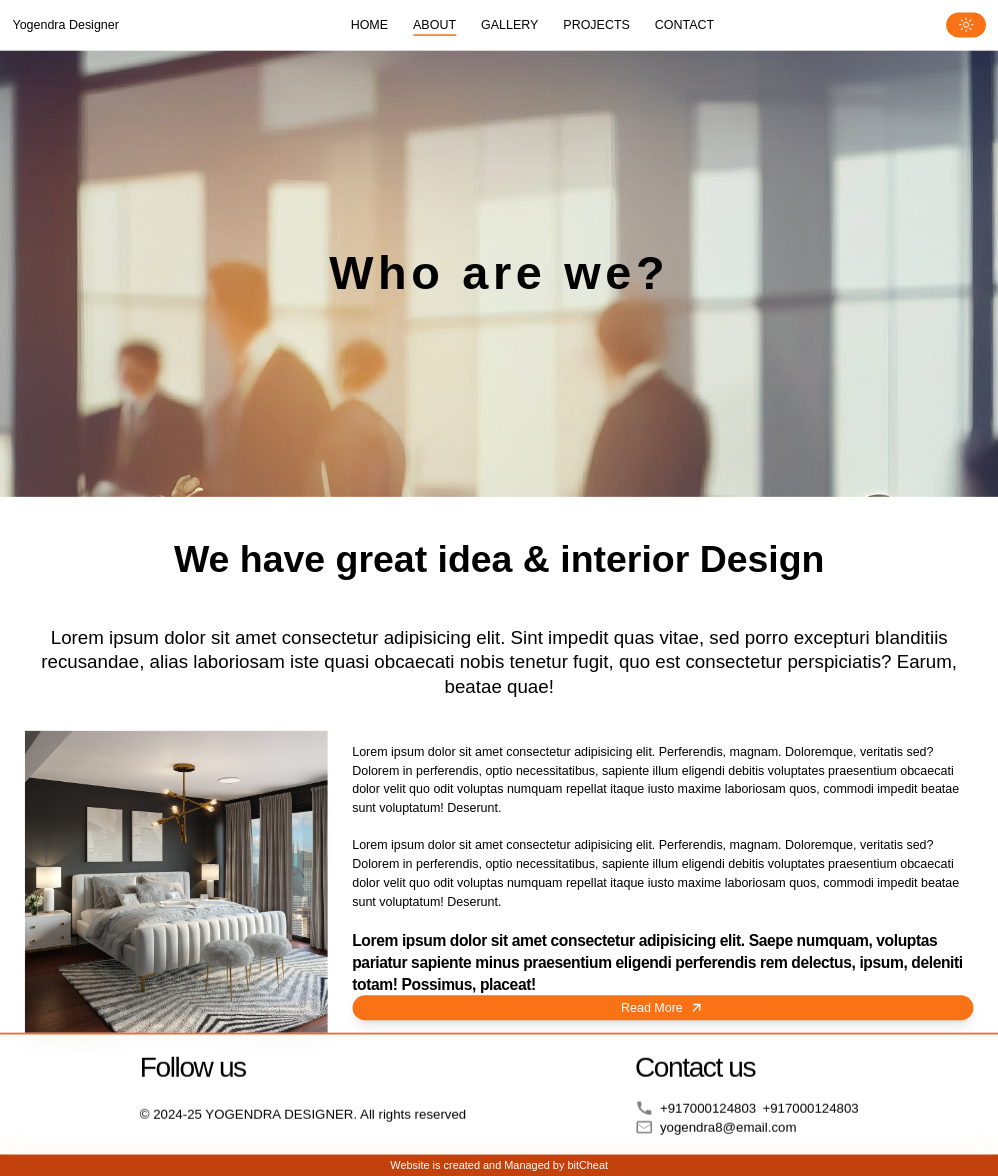
Repository: hitoutvrma/MB_designs-Interior-Designing-website
Page: /about
These files come from the project's save history. The page is drawn as it stood at one moment and after the next save; the edit follows.
The browser window is 1280 px wide. The pictures show the whole page, at 78% of full size.
The project was rebuilt for these pictures with package versions that can differ from the ones it lists, and the page was loaded fresh each time. The framework's server and built-in components were replaced by stand-ins that run in the browser. Also part of the build but not shown: next.config.mjs.

Above is the page before, as saved 2024-09-16 20:48:41.

### app/layout.js
import localFont from "next/font/local";
import { Sen } from "next/font/google";
import "./globals.css";
import Header from "@/components/ui/Header";
import Footer from "@/components/ui/Footer";
import { ThemeProvider } from "@/components/ThemeProvider";

const josef = Sen({
  subsets:["latin"],
  weight:["400","500","600","700"],
  display:"swap"
})

// const geistSans = localFont({
//   src: "./fonts/GeistVF.woff",
//   variable: "--font-geist-sans",
//   weight: "100 900",
// });
// const geistMono = localFont({
//   src: "./fonts/GeistMonoVF.woff",
//   variable: "--font-geist-mono",
//   weight: "100 900",
// });

export const metadata = {
  title: "Create Next App",
  description: "Generated by create next app",
};

export default function RootLayout({ children }) {
  return (
    <html lang="en" suppressHydrationWarning>
      <body
        className={`${josef.variable} ${josef.variable} overflow-x-hidden antialiased`}
      >
        <ThemeProvider attribute='class' defaultTheme='light'>

        <Header/>
        {children}
        <Footer/>
        </ThemeProvider>
      </body>
    </html>
  );
}

### app/about/page.jsx
import { Button } from '@/components/ui/button'
import Image from 'next/image'
import React from 'react'
import { TbArrowUpRight } from "react-icons/tb"

const page = () => {
  return (
    <div>
      <div className="bg-[url('/image/whoweare.jpg')] bg-center bg-cover">
        <h1 className='container py-32 text-6xl font-semibold text-black tracking-widest text-center lg:py-64'>Who are we?</h1>
      </div>
      <div className='container'>
        <div className='pt-4'>
          <h2 className='text-3xl font-semibold text-center lg:p-10 lg:text-5xl'>We have great idea & interior Design</h2>
          <p className='text-2xl text-center font-medium pb-10 mt-5'>Lorem ipsum dolor sit amet consectetur adipisicing elit. Sint impedit quas vitae, sed porro excepturi blanditiis recusandae, alias laboriosam iste quasi obcaecati nobis tenetur fugit, quo est consectetur perspiciatis? Earum, beatae quae!</p>
        </div>


      <div className='items-center lg:flex gap-x-8'>
        {/*Left side */}
      <div className='w-full'>
        <Image src="/image/gallery1123.jpg" width={700} height={700}/>
      </div>
      {/*Left side */}
      <div>
      <p>
        Lorem ipsum dolor sit amet consectetur adipisicing elit. Perferendis, magnam. Doloremque, veritatis sed? Dolorem in perferendis, optio necessitatibus, sapiente illum eligendi debitis voluptates praesentium obcaecati dolor velit quo odit voluptas numquam repellat itaque iusto maxime laboriosam quos, commodi impedit beatae sunt voluptatum! Deserunt.<br/><br/>
        Lorem ipsum dolor sit amet consectetur adipisicing elit. Perferendis, magnam. Doloremque, veritatis sed? Dolorem in perferendis, optio necessitatibus, sapiente illum eligendi debitis voluptates praesentium obcaecati dolor velit quo odit voluptas numquam repellat itaque iusto maxime laboriosam quos, commodi impedit beatae sunt voluptatum! Deserunt.<br/><br/>
        <span className='text-xl font-extrabold tracking-tight'>
          Lorem ipsum dolor sit amet consectetur adipisicing elit. Saepe numquam, voluptas pariatur sapiente minus praesentium eligendi perferendis rem delectus, ipsum, deleniti totam! Possimus, placeat!
        </span>
      </p>
      <div>

      <Button type="submit" className="flex w-full items-center px-8 py-3 text-white rounded-full shadow-lg hover:bg-gray-800 hover:ring-2 hover:ring-gray-950 ring-offset-2">Read More<TbArrowUpRight className="w-5 h-5 ml-2"/></Button>

      </div>
      </div>
      </div>
      </div>
    </div>
  )
}

export default page

### app/globals.css
@tailwind base;
@tailwind components;
@tailwind utilities;


body {
  color: var(--foreground);
  background: var(--background);
  font-family: Arial, Helvetica, sans-serif;
}

@layer utilities {
  .text-balance {
    text-wrap: balance;
  }
}


@layer base {
  :root {
    --background: 0 0% 100%;
    --foreground: 20 14.3% 4.1%;
    --card: 0 0% 100%;
    --card-foreground: 20 14.3% 4.1%;
    --popover: 0 0% 100%;
    --popover-foreground: 20 14.3% 4.1%;
    --primary: 24.6 95% 53.1%;
    --primary-foreground: 60 9.1% 97.8%;
    --secondary: 60 4.8% 95.9%;
    --secondary-foreground: 24 9.8% 10%;
    --muted: 60 4.8% 95.9%;
    --muted-foreground: 25 5.3% 44.7%;
    --accent: 60 4.8% 95.9%;
    --accent-foreground: 24 9.8% 10%;
    --destructive: 0 84.2% 60.2%;
    --destructive-foreground: 60 9.1% 97.8%;
    --border: 20 5.9% 90%;
    --input: 20 5.9% 90%;
    --ring: 24.6 95% 53.1%;
    --radius: 0.5rem;
    --chart-1: 12 76% 61%;
    --chart-2: 173 58% 39%;
    --chart-3: 197 37% 24%;
    --chart-4: 43 74% 66%;
    --chart-5: 27 87% 67%;
  }

  .dark {
    --background: 20 14.3% 4.1%;
    --foreground: 60 9.1% 97.8%;
    --card: 20 14.3% 4.1%;
    --card-foreground: 60 9.1% 97.8%;
    --popover: 20 14.3% 4.1%;
    --popover-foreground: 60 9.1% 97.8%;
    --primary: 20.5 90.2% 48.2%;
    --primary-foreground: 60 9.1% 97.8%;
    --secondary: 12 6.5% 15.1%;
    --secondary-foreground: 60 9.1% 97.8%;
    --muted: 12 6.5% 15.1%;
    --muted-foreground: 24 5.4% 63.9%;
    --accent: 12 6.5% 15.1%;
    --accent-foreground: 60 9.1% 97.8%;
    --destructive: 0 72.2% 50.6%;
    --destructive-foreground: 60 9.1% 97.8%;
    --border: 12 6.5% 15.1%;
    --input: 12 6.5% 15.1%;
    --ring: 20.5 90.2% 48.2%;
    --chart-1: 220 70% 50%;
    --chart-2: 160 60% 45%;
    --chart-3: 30 80% 55%;
    --chart-4: 280 65% 60%;
    --chart-5: 340 75% 55%;
  }
}



@layer base {
  * {
    @apply border-border;
  }
  body {
    @apply bg-background text-foreground;
  }
}

.h1{
  @apply text-6xl xl:text-[72px] xl:leading-[80px] tracking-[-2px] font-bold mb-5 mt-4;
}

### components/ui/Header.jsx
'use client';
import React from 'react'
 import ThemeToggler from '../ThemeToggler'
import MobileNavigation from './MobileNavigation';
import Nav from './Nav';
const Header = () => {
  return (
    <div className='flex justify-between p-4 items-center '>
      <div>Yogendra Designer</div>
      <Nav containerStyles='hidden xl:flex gap-8 items-center' linkStyles='relative hover:text-primary transition-all' underlineStyles ='absolute left-0 top-full h-[2px] bg-primary w-full'
      />
      <div className='flex gap-2 items-center'>

      <ThemeToggler/>
      <div className='xl:hidden'>

      <MobileNavigation/>
      </div>
      </div>
    </div>
  )
}

export default Header

### components/ui/Footer.jsx
import React from 'react'

const Footer = () => {
  return (
    <div className='w-screen'>

    <div class="sm:flex justify-between  border-t-2 border-t-orange-600  backdrop-blur-lg sm:px-[14vw] px-4 py-[3vh] text-[17px] ">
  <div className='mb-8 sm:mb-0'>
    <head>
    <link rel="stylesheet" href="https://cdnjs.cloudflare.com/ajax/libs/font-awesome/6.0.0-beta3/css/all.min.css"/>

    </head>
    <h1 class="pb-5 text-4xl tracking-tighter">Follow us</h1>
    <div className='flex gap-x-6 pb-2 text-4xl'>
    <a href="https://instagram/hitoutvrma" className="text-gray-600 hover:text-pink-500 transition-transform duration-300 transform hover:scale-110"><i class="fa-brands fa-instagram" ></i></a>
      <a href="https://www.linkedin.com/in/hitesh-verma-3695b0254/" className="text-gray-600 hover:text-blue-700 transition-transform duration-300 transform hover:scale-110"><i class="fa-brands fa-linkedin"></i></a>
      <a href="https://x.com/hitesh_404" className="text-gray-600 hover:text-blue-700 transition-transform duration-300 transform hover:scale-110"><i class="fa-brands fa-facebook"></i></a>
    </div>
    <div className='sm:block hidden'>&copy; 2024-25 YOGENDRA DESIGNER. All rights reserved</div>
  </div>
  <div>
    <h1 class="pb-5 text-4xl tracking-tighter">Contact us</h1>
    <div class="flex gap-x-2">
      <svg class="text" xmlns="http://www.w3.org/2000/svg" viewBox="0 0 24 24" width="24" height="24" fill="gray">
        <path d="M6.62 10.79a15.533 15.533 0 006.59 6.59l2.2-2.2a1 1 0 011.09-.27c1.12.37 2.33.57 3.6.57a1 1 0 011 1V20a1 1 0 01-1 1C10.29 21 3 13.71 3 5a1 1 0 011-1h3.01a1 1 0 011 1c0 1.27.2 2.48.57 3.6a1 1 0 01-.27 1.09l-2.2 2.2z" />
      </svg>
      <a href="tel:+917000124803" class="hover:underline">+917000124803</a>
      <a href="tel:+917000124803" class="hover:underline">+917000124803</a>
    </div>
    <div class="flex gap-x-2">
      <svg xmlns="http://www.w3.org/2000/svg" viewBox="0 0 24 24" width="24" height="24" fill="gray">
        <path d="M20 4H4a2 2 0 00-2 2v12a2 2 0 002 2h16a2 2 0 002-2V6a2 2 0 00-2-2zM4 6h16v2l-8 5-8-5V6zm0 12V9l7.39 4.62a1 1 0 001.22 0L20 9v9H4z" />
      </svg>
      <a href="mailto:example@email.com" class="hover:underline">yogendra8@email.com</a>
    </div>
  </div>
    </div>
  <div className='flex items-center justify-center p-1 text-sm bg-orange-700 text-white border-t-orange-600'>Website is created and Managed by bitCheat</div>
</div>

  )
}

export default Footer

### components/ThemeProvider.jsx
'use client';

import { ThemeProvider as NextThemesProvider } from "next-themes";

export function ThemeProvider({ children, ...props }) {
    return <NextThemesProvider {...props}>
        { children }
    </NextThemesProvider>
}

### components/ui/button.jsx
import * as React from "react"
import { Slot } from "@radix-ui/react-slot"
import { cva } from "class-variance-authority";

import { cn } from "@/lib/utils"

const buttonVariants = cva(
  "inline-flex items-center justify-center whitespace-nowrap rounded-full text-base font-medium ring-offset-background transition-colors focus-visible:outline-none focus-visible:ring-2 focus-visible:ring-ring focus-visible:ring-offset-2 disabled:pointer-events-none disabled:opacity-50",
  {
    variants: {
      variant: {
        default: "bg-primary text-primary-foreground hover:bg-primary/90",
        destructive:
          "bg-destructive text-destructive-foreground hover:bg-destructive/90",
        outline:
          "border border-input bg-background hover:bg-accent hover:text-accent-foreground",
        secondary:
          "bg-secondary text-secondary-foreground hover:bg-secondary/80",
        ghost: "hover:bg-accent hover:text-accent-foreground",
        link: "text-primary underline-offset-4 hover:underline",
      },
      size: {
        default: "sm:h-[2.5vw] h-[7vw] px-4 py-2",
        sm: "h-9 rounded-md px-3",
        lg: "h-11 rounded-md px-8",
        icon: "h-10 w-10",
      },
    },
    defaultVariants: {
      variant: "default",
      size: "default",
    },
  }
)

const Button = React.forwardRef(({ className, variant, size, asChild = false, ...props }, ref) => {
  const Comp = asChild ? Slot : "button"
  return (
    (<Comp
      className={cn(buttonVariants({ variant, size, className }))}
      ref={ref}
      {...props} />)
  );
})
Button.displayName = "Button"

export { Button, buttonVariants }

### components/ThemeToggler.jsx
import { Button } from "./ui/button";
import { useTheme } from "next-themes";
import { SunIcon, MoonIcon } from "@radix-ui/react-icons";

const ThemeToggler = () => {
    const { theme, setTheme } = useTheme();

  return (
    <div>
      <Button  onClick={()=>setTheme(theme==='dark'?'light':'dark')}>
        <SunIcon className="h-[1.2rem] w-[1.2rem] scale-100 rotate-0 transition-all dark:rotate-90 dark:scale-0"/>
        <MoonIcon className="w-[1rem] absolute scale-0 rotate-90 transition-all dark:rotate-0 dark:scale-100"/>
      </Button>
    </div>
  )
}

export default ThemeToggler

### components/ui/MobileNavigation.jsx
import React from 'react'

import {Sheet, SheetContent, SheetTrigger} from '@/components/ui/sheet';
import Nav from './Nav';
import { AlignJustify } from 'lucide-react';

const MobileNavigation = () => {
  return (
    <Sheet>
        <SheetTrigger asChild>
            <AlignJustify className='cursor-pointer'/>
        </SheetTrigger>
        <SheetContent>
            <div className='p-3 flex flex-col items-center'>
                <div>
                    <div>Yogendra designer</div>
                    <Nav containerStyles='flex flex-col items-center gap-y-2' linkStyles='text-1xl '/>
                </div>
            </div>
        </SheetContent>
    </Sheet>
  )
}

export default MobileNavigation

### components/ui/Nav.jsx
//Hooks

import { usePathname } from "next/navigation";
import { motion } from "framer-motion";
import Link from "next/link";

const links = [
    {
        path:'/',name:'home'
    },
    {
        path:'/about',name:'about'
    },
    {
        path:'/gallery',name:'gallery'
    },
    {
        path:'/projects',name:'projects'
    },
    {
        path:'/contact',name:'contact'
    },
]
const Nav = ({ containerStyles, linkStyles, underlineStyles } ) => {

    const path = usePathname();
  return (
    <div className={`${containerStyles}`} >
        {
            links.map((link,index) =>{
                return(
                    <Link href={link.path}
                    key={index} className={`uppercase ${linkStyles}`}>
                        {link.path===path && (
                            <motion.span
                            initial={{y:'-100%'}}
                            animate={{y:0}}
                            transition={{ type:'tween'}}
                            layoutId="underline"
                            className={`${underlineStyles}`}
                            />
                        )}
                        {link.name}

                    </Link>
                )
            })
        }
      </div>
  )
}

export default Nav

### components/ui/sheet.jsx
"use client";
import * as React from "react"
import * as SheetPrimitive from "@radix-ui/react-dialog"
import { cva } from "class-variance-authority";
import { X } from "lucide-react"

import { cn } from "@/lib/utils"

const Sheet = SheetPrimitive.Root

const SheetTrigger = SheetPrimitive.Trigger

const SheetClose = SheetPrimitive.Close

const SheetPortal = SheetPrimitive.Portal

const SheetOverlay = React.forwardRef(({ className, ...props }, ref) => (
  <SheetPrimitive.Overlay
    className={cn(
      "fixed inset-0 z-50 bg-black/80  data-[state=open]:animate-in data-[state=closed]:animate-out data-[state=closed]:fade-out-0 data-[state=open]:fade-in-0",
      className
    )}
    {...props}
    ref={ref} />
))
SheetOverlay.displayName = SheetPrimitive.Overlay.displayName

const sheetVariants = cva(
  "fixed z-50 gap-4 bg-background p-6 shadow-lg transition ease-in-out data-[state=open]:animate-in data-[state=closed]:animate-out data-[state=closed]:duration-300 data-[state=open]:duration-500",
  {
    variants: {
      side: {
        top: "inset-x-0 top-0 border-b data-[state=closed]:slide-out-to-top data-[state=open]:slide-in-from-top",
        bottom:
          "inset-x-0 bottom-0 border-t data-[state=closed]:slide-out-to-bottom data-[state=open]:slide-in-from-bottom",
        left: "inset-y-0 left-0 h-full w-3/4 border-r data-[state=closed]:slide-out-to-left data-[state=open]:slide-in-from-left sm:max-w-sm",
        right:
          "inset-y-0 right-0 h-full w-3/4  border-l data-[state=closed]:slide-out-to-right data-[state=open]:slide-in-from-right sm:max-w-sm",
      },
    },
    defaultVariants: {
      side: "right",
    },
  }
)

const SheetContent = React.forwardRef(({ side = "right", className, children, ...props }, ref) => (
  <SheetPortal>
    <SheetOverlay />
    <SheetPrimitive.Content ref={ref} className={cn(sheetVariants({ side }), className)} {...props}>
      {children}
      <SheetPrimitive.Close
        className="absolute right-4 top-4 rounded-sm opacity-70 ring-offset-background transition-opacity hover:opacity-100 focus:outline-none focus:ring-2 focus:ring-ring focus:ring-offset-2 disabled:pointer-events-none data-[state=open]:bg-secondary">
        <X className="h-4 w-4" />
        <span className="sr-only">Close</span>
      </SheetPrimitive.Close>
    </SheetPrimitive.Content>
  </SheetPortal>
))
SheetContent.displayName = SheetPrimitive.Content.displayName

const SheetHeader = ({
  className,
  ...props
}) => (
  <div
    className={cn("flex flex-col space-y-2 text-center sm:text-left", className)}
    {...props} />
)
SheetHeader.displayName = "SheetHeader"

const SheetFooter = ({
  className,
  ...props
}) => (
  <div
    className={cn("flex flex-col-reverse sm:flex-row sm:justify-end sm:space-x-2", className)}
    {...props} />
)
SheetFooter.displayName = "SheetFooter"

const SheetTitle = React.forwardRef(({ className, ...props }, ref) => (
  <SheetPrimitive.Title
    ref={ref}
    className={cn("text-lg font-semibold text-foreground", className)}
    {...props} />
))
SheetTitle.displayName = SheetPrimitive.Title.displayName

const SheetDescription = React.forwardRef(({ className, ...props }, ref) => (
  <SheetPrimitive.Description
    ref={ref}
    className={cn("text-sm text-muted-foreground", className)}
    {...props} />
))
SheetDescription.displayName = SheetPrimitive.Description.displayName

export {
  Sheet,
  SheetPortal,
  SheetOverlay,
  SheetTrigger,
  SheetClose,
  SheetContent,
  SheetHeader,
  SheetFooter,
  SheetTitle,
  SheetDescription,
}

### tailwind.config.js
/** @type {import('tailwindcss').Config} */
module.exports = {
	darkMode: ["class"], // Dark mode setting
	content: [
	  "./pages/**/*.{js,ts,jsx,tsx,mdx}",
	  "./components/**/*.{js,ts,jsx,tsx,mdx}",
	  "./app/**/*.{js,ts,jsx,tsx,mdx}",
	],
	theme: {
	  // Container customization
	  container: {
		center: true, // Centers the container horizontally
		padding: '2rem', // Adds 1rem of padding (16px) on all sides
		screens: {
		  sm: '100%',  // Container takes 100% width on small screens
		  md: '100%',  // Container takes 100% width on medium screens
		  lg: '1024px', // Container is 1024px wide on large screens
		  xl: '1280px', // Container is 1280px wide on extra-large screens
		  '2xl': '1536px', // Container is 1536px wide on 2XL screens
		},
	  },
	  extend: {
		// Extending color palette
		colors: {
		  background: 'hsl(var(--background))',
		  foreground: 'hsl(var(--foreground))',
		  card: {
			DEFAULT: 'hsl(var(--card))',
			foreground: 'hsl(var(--card-foreground))',
		  },
		  popover: {
			DEFAULT: 'hsl(var(--popover))',
			foreground: 'hsl(var(--popover-foreground))',
		  },
		  primary: {
			DEFAULT: 'hsl(var(--primary))',
			foreground: 'hsl(var(--primary-foreground))',
		  },
		  secondary: {
			DEFAULT: 'hsl(var(--secondary))',
			foreground: 'hsl(var(--secondary-foreground))',
		  },
		  muted: {
			DEFAULT: 'hsl(var(--muted))',
			foreground: 'hsl(var(--muted-foreground))',
		  },
		  accent: {
			DEFAULT: 'hsl(var(--accent))',
			foreground: 'hsl(var(--accent-foreground))',
		  },
		  destructive: {
			DEFAULT: 'hsl(var(--destructive))',
			foreground: 'hsl(var(--destructive-foreground))',
		  },
		  border: 'hsl(var(--border))',
		  input: 'hsl(var(--input))',
		  ring: 'hsl(var(--ring))',
		  chart: {
			'1': 'hsl(var(--chart-1))',
			'2': 'hsl(var(--chart-2))',
			'3': 'hsl(var(--chart-3))',
			'4': 'hsl(var(--chart-4))',
			'5': 'hsl(var(--chart-5))',
		  },
		},
		// Extending border radius
		borderRadius: {
		  lg: 'var(--radius)',
		  md: 'calc(var(--radius) - 2px)',
		  sm: 'calc(var(--radius) - 4px)',
		},
	  },
	},
	plugins: [require("tailwindcss-animate")],
  };

Loaded but not shown: lib/utils.js (common file)

After the next save:
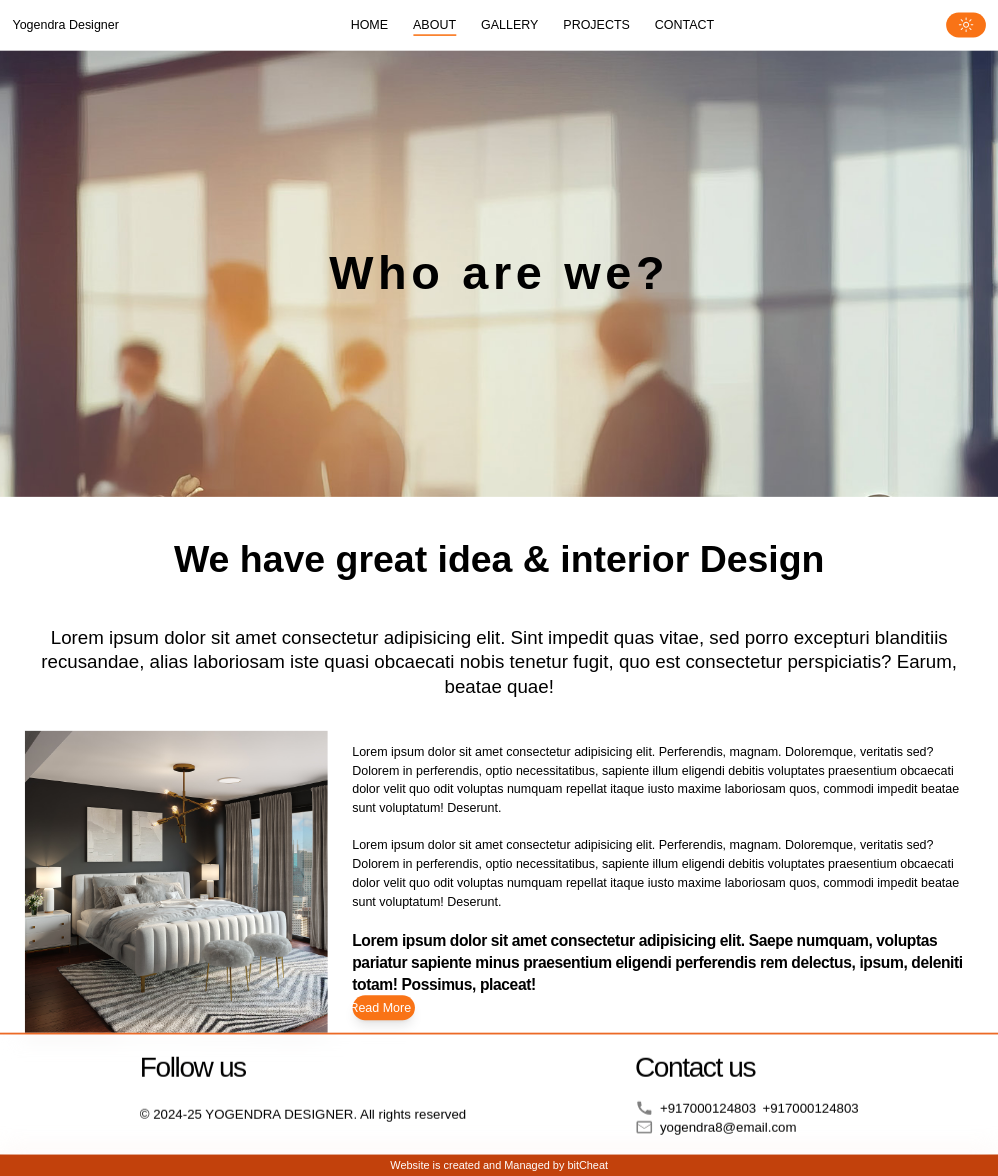
Saved 10 s later.
--- a/app/about/page.jsx
+++ b/app/about/page.jsx
@@ -30,7 +30,7 @@ const page = () => {
           Lorem ipsum dolor sit amet consectetur adipisicing elit. Saepe numquam, voluptas pariatur sapiente minus praesentium eligendi perferendis rem delectus, ipsum, deleniti totam! Possimus, placeat!
         </span>
       </p>
-      <div>
+      <div className='w-20'>
 
       <Button type="submit" className="flex w-full items-center px-8 py-3 text-white rounded-full shadow-lg hover:bg-gray-800 hover:ring-2 hover:ring-gray-950 ring-offset-2">Read More<TbArrowUpRight className="w-5 h-5 ml-2"/></Button>
 
